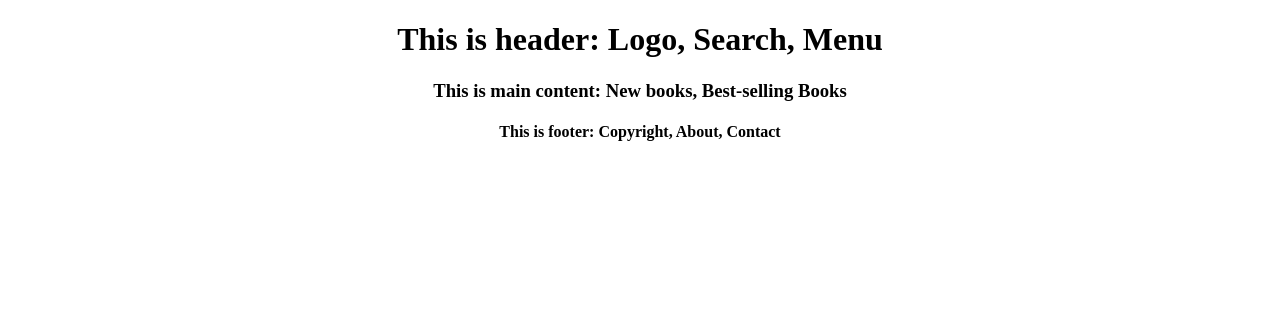
Repository: janvi2502/BookStore
Page: http://localhost/BookStoreWebsite/
These files come from the project's save history. The page is drawn as it stood at one moment and after the next save; the edit follows.
The browser window is 1280 px wide. The pictures show the whole page.
The page is served by Tomcat 10. Other server files are loaded and not shown.

Above is the page before, as saved 2023-10-18 13:31:01.

### BookStoreWebsite/WebContent/frontend/index.jsp
<%@ page language="java" contentType="text/html; charset=UTF-8"
    pageEncoding="UTF-8"%>
<!DOCTYPE html>
<html>
<head>
<meta charset="UTF-8">
<title>Kafka Books - Online Book Store</title>
</head>
<body>
	<div align="center">
		<h1>This is header: Logo, Search, Menu</h1>
	</div>

	<div align="center">
		<h3>This is main content: New books, Best-selling Books</h3>
	</div>

	<div align="center">
		<h4>This is footer: Copyright, About, Contact</h4>
	</div>
</body>
</html>

### BookStoreWebsite/src/com/bookstore/controller/frontend/HomeServlet.java
package com.bookstore.controller.frontend;

import java.io.IOException;

import jakarta.servlet.RequestDispatcher;
import jakarta.servlet.ServletException;
import jakarta.servlet.annotation.WebServlet;
import jakarta.servlet.http.HttpServlet;
import jakarta.servlet.http.HttpServletRequest;
import jakarta.servlet.http.HttpServletResponse;

@WebServlet("")
public class HomeServlet extends HttpServlet {
	private static final long serialVersionUID = 1L;

	public HomeServlet() {
		super();
	}

	protected void doGet(HttpServletRequest request, HttpServletResponse response) throws ServletException, IOException {
		String homepage = "frontend/index.jsp";
		RequestDispatcher dispatcher = request.getRequestDispatcher(homepage);
		dispatcher.forward(request, response);
	}


}

After the next save:
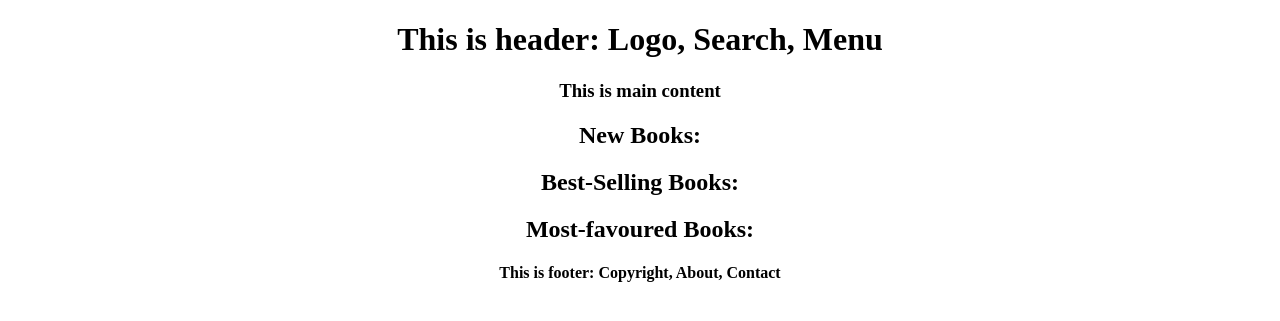
Saved 2 min 22 s later.
--- a/BookStoreWebsite/WebContent/frontend/index.jsp
+++ b/BookStoreWebsite/WebContent/frontend/index.jsp
@@ -12,7 +12,10 @@
 	</div>
 
 	<div align="center">
-		<h3>This is main content: New books, Best-selling Books</h3>
+		<h3>This is main content</h3>
+		<h2>New Books:</h2>
+		<h2>Best-Selling Books:</h2>
+		<h2>Most-favoured Books:</h2>
 	</div>
 
 	<div align="center">
